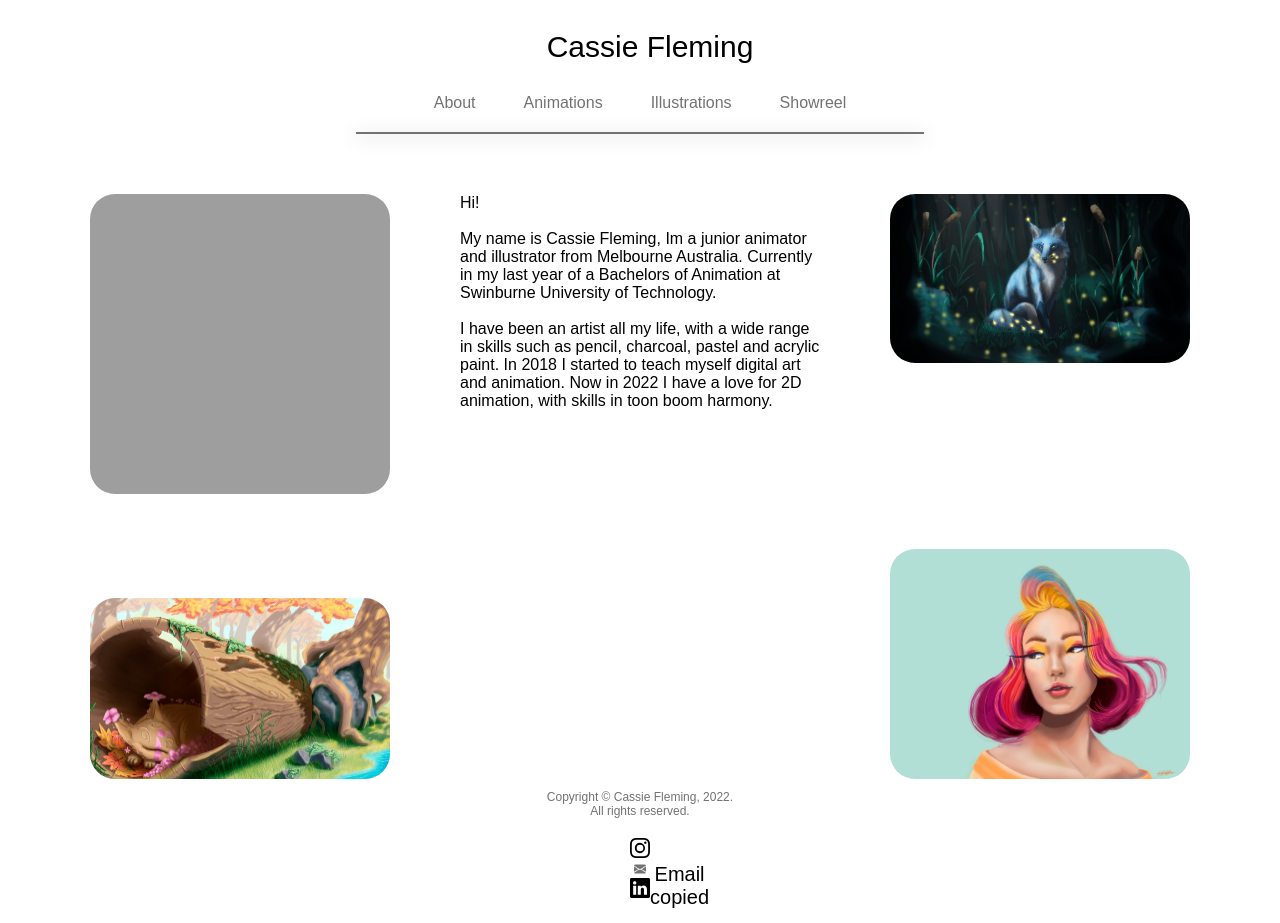
Repository: David-Waite/Cassie-Fleming-portfolio
Page: /
These files come from the project's save history. The page is drawn as it stood at one moment and after a run of saves; the edit follows.
The browser window is 1280 px wide. The pictures show the whole page.
Pictures or frames that could not be fetched are drawn as grey boxes. Some web fonts or font styles are not loaded; a fallback is used. The project was rebuilt for these pictures with package versions that can differ from the ones it lists, and the page was loaded fresh each time. The framework's server and built-in components were replaced by stand-ins that run in the browser. Also part of the build but not shown: next.config.js.

Above is the page before, as saved 2022-09-11 17:43:25.

### pages/index.js
import Head from "next/head";
import Image from "next/image";
import styles from "../styles/Home.module.css";

export default function Home() {
  return (
    <div className={styles.layout}>
      <div className={`${styles.photoContainer} ${styles.photoContainerLeft}`}>
        <div>
          <Image
            className={styles.photo}
            src="/Cassie.png"
            height={3024}
            width={3024}
            alt="Photo of me, Cassie Fleming"
          />
        </div>
        <div className={styles.photo}>
          <Image
            className={styles.photo}
            src="/cherry blossom.2.jpg"
            height={725}
            width={1200}
            alt="Cherry Blossom covered fox, taking a nap in a hollowed tree log, by the river"
          />
        </div>
      </div>

      <div className={styles.aboutText}>
        Hi!
        <br />
        <br />
        My name is Cassie Fleming, Im a junior animator and illustrator from
        Melbourne Australia. Currently in my last year of a Bachelors of
        Animation at Swinburne University of Technology.
        <br />
        <br /> I have been an artist all my life, with a wide range in skills
        such as pencil, charcoal, pastel and acrylic paint. In 2018 I started to
        teach myself digital art and animation. Now in 2022 I have a love for 2D
        animation, with skills in toon boom harmony.
      </div>
      <div className={styles.photoContainer}>
        <div className={styles.photo}>
          <Image
            className={styles.photo}
            src="/fox.png"
            height={1080}
            width={1920}
            alt="glowing fox"
          />
        </div>
        <div className={styles.photo}>
          <Image
            className={styles.photo}
            src="/Inkedhuman.jpg"
            height={930}
            width={1211}
            alt="girl with cool hair a swaggie eyes"
          />
        </div>
      </div>
    </div>
  );
}

### components/Layout.js
import Link from "next/link";
import React, { useState } from "react";
import { Instagram, Linkedin, EnvelopeFill } from "react-bootstrap-icons";

export default function Layout({ children }) {
  const [navClass, setNavClass] = useState("");

  function toggleNav() {
    setNavClass((navClass) => {
      return navClass === "change" ? "" : "change";
    });
  }

  return (
    <div className={`layout ${navClass}`}>
      <header className="header">
        <h1>
          <Link href="/">
            <a>Cassie Fleming</a>
          </Link>
        </h1>

        <div className="navbar-icon" onClick={toggleNav}>
          <div className="bar1"></div>
          <div className="bar2"></div>
          <div className="bar3"></div>
        </div>

        <nav>
          <Link href="/">
            <a>About</a>
          </Link>
          <Link href="/">
            <a>Animations</a>
          </Link>
          <Link href="/">
            <a>Illustrations</a>
          </Link>
          <Link href="/">
            <a>Showreel</a>
          </Link>
        </nav>
      </header>
      <div className="navbar-line"></div>

      {children}
      <footer>
        <p>Copyright &copy; Cassie Fleming, 2022.</p>
        <p>All rights reserved.</p>
        <div className="social">
          <span>
            <Link href="https://www.instagram.com/cass_illustrations/">
              <a target="_blank">
                <Instagram />
              </a>
            </Link>
          </span>
          <div
            className="email"
            onClick={() => {
              navigator.clipboard.writeText("cassie.fleming2000@gmail.com");
            }}
          >
            <EnvelopeFill />
            <span>Email copied</span>
          </div>
          <span>
            <Link href="http://www.linkedin.com/in/cassie-fleming-500a56204">
              <a target="_blank">
                <Linkedin />
              </a>
            </Link>
          </span>
        </div>
      </footer>
    </div>
  );
}

### styles/globals.css
@import url("https://fonts.googleapis.com/css2?family=Zen+Maru+Gothic:wght@300;400;500;700&display=swap");

* {
  font-family: "Zen Maru Gothic", sans-serif;
  box-sizing: border-box;
  margin: 0;
  padding: 0;
}

.layout {
  margin: 30px 30px 0;
  display: flex;
  flex-direction: column;
  align-items: center;
  position: relative;
  min-height: calc(100vh - 30px);

  padding-bottom: 140px;
  text-align: center;
}

h1 {
  font-weight: 400;
  font-size: 30px;
  margin-bottom: 30px;
  margin-left: 20px;
}

a:hover {
  color: black;
}

a {
  text-decoration: none;
  color: black;
}
.hover {
  color: red;
}
nav a {
  color: #727272;
  margin: 24px;
  font-size: 16px;
}
.navbar-line {
  width: 568px;
  box-shadow: rgba(0, 0, 0, 0.35) 0px 3px 17px;
  margin: 20px 0 60px;
  border: #727272 solid 1px;
}
footer {
  position: absolute;
  bottom: 0px;
  font-size: 12px;
  color: #727272;
}
/* navBar icon */
.navbar-icon {
  display: none;
  cursor: pointer;
  margin-right: 20px;
}

.bar1,
.bar2,
.bar3 {
  width: 20px;
  height: 3px;
  background-color: #727272;
  margin: 4px 0;
  transition: 0.4s;
  border-radius: 5px;
}

.change .bar1 {
  transform: translate(0, 7px) rotate(-45deg);
}

.change .bar2 {
  opacity: 0;
}

.change .bar3 {
  transform: translate(0, -7px) rotate(45deg);
}

.social {
  padding: 20px;
}
.social span {
  color: black;
  margin: 0 4px;
  cursor: pointer;
  font-size: 20px;
}

.email {
  position: relative;
}
.email span {
  position: absolute;
}

@media (max-width: 810px) {
  .layout {
    margin: 20px 20px 0;
  }
  header {
    position: relative;
    display: flex;
    align-items: center;
    justify-content: space-between;
    width: 100vw;
  }
  .navbar-icon {
    display: inline-block;
  }
  h1 {
    font-size: 20px;
    margin-bottom: 0;
  }

  nav {
    position: absolute;
    top: 50px;
    display: flex;
    flex-direction: column;
    width: 100vw;
    height: 0px;
    transition: 0.5s;
    z-index: 1;
    background-color: white;
    overflow: hidden;
  }
  nav a {
    display: flex;
    justify-content: center;
    align-items: center;
    margin: 0;
    height: 50px;
  }
  .change nav {
    height: 100vh;
  }
  a:hover {
    background-color: #c4c3c3;
  }

  .navbar-line {
    width: 100vw;
  }
  .change .layout {
    margin-top: 20px;
  }
}

### styles/Home.module.css
.layout {
  display: grid;
  grid-template-columns: 1fr 1fr 1fr;
  gap: 70px;
}

.aboutText {
  max-width: 600px;
  min-width: 300px;
  text-align: start;
}

.photoContainer {
  display: flex;
  flex-direction: column;
  justify-content: space-between;
  max-width: 300px;
  gap: 100px;
}

.photoContainerLeft {
  margin-left: auto;
}
.photo {
  border-radius: 25px;
}
.profile {
  display: none;
}

@media (max-width: 1000px) {
  .layout {
    gap: 20px;
  }
}
@media (max-width: 810px) {
  .layout {
    display: inline;
  }
  .photo {
    display: none;
  }
  .photoContainerLeft {
    margin: 0 auto 30px;
    max-width: 400px;
  }
  .aboutText {
    max-width: 400px;
  }
}

Loaded but not shown: pages/_app.js (common file)

After the next 2 saves:
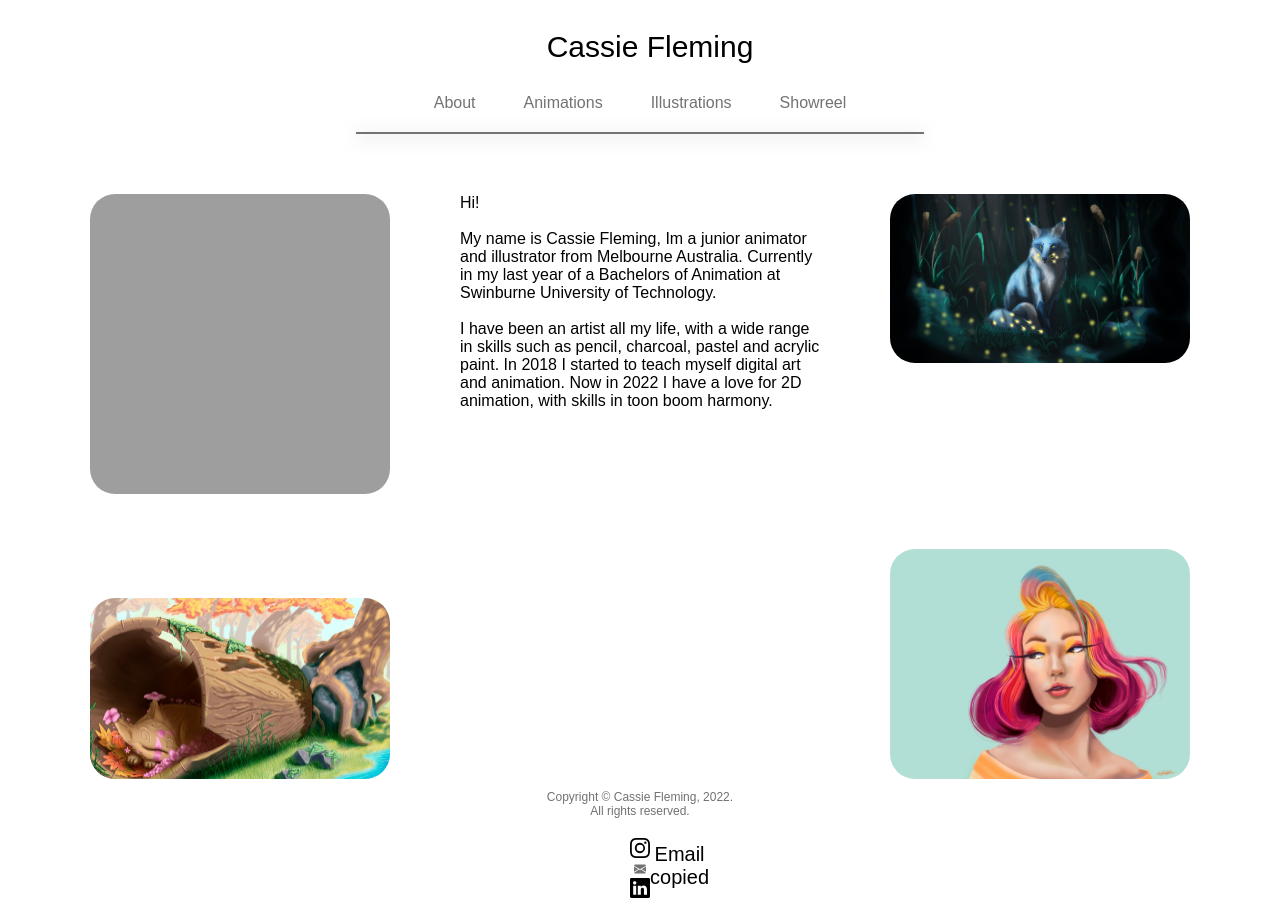
The 2 saves are shown as one change because they came seconds apart.
The last was saved 15 s later.
--- a/styles/globals.css
+++ b/styles/globals.css
@@ -99,6 +99,7 @@ footer {
 }
 .email span {
   position: absolute;
+  top: -20px;
 }
 
 @media (max-width: 810px) {
